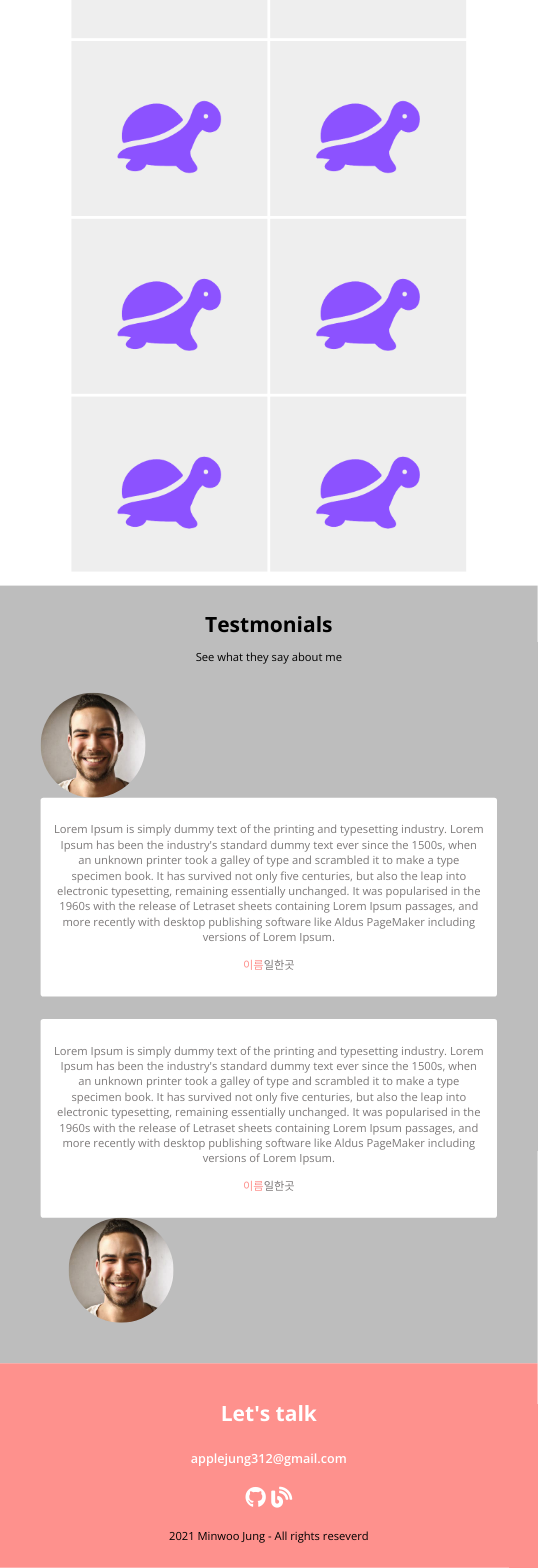
Repository: DevMinwoo-Jung/MinwooPortfolio
Page: index.html
These files come from the project's save history. The page is drawn as it stood at one moment and after the next save; the edit follows.
The browser window is 768 px wide. The pictures show the part of the page from y = 3801 to 6041 px (the page is 6041 px tall), at 70% of full size.

Above is the page before, as saved 2021-06-07 08:17:18.

After the next save:
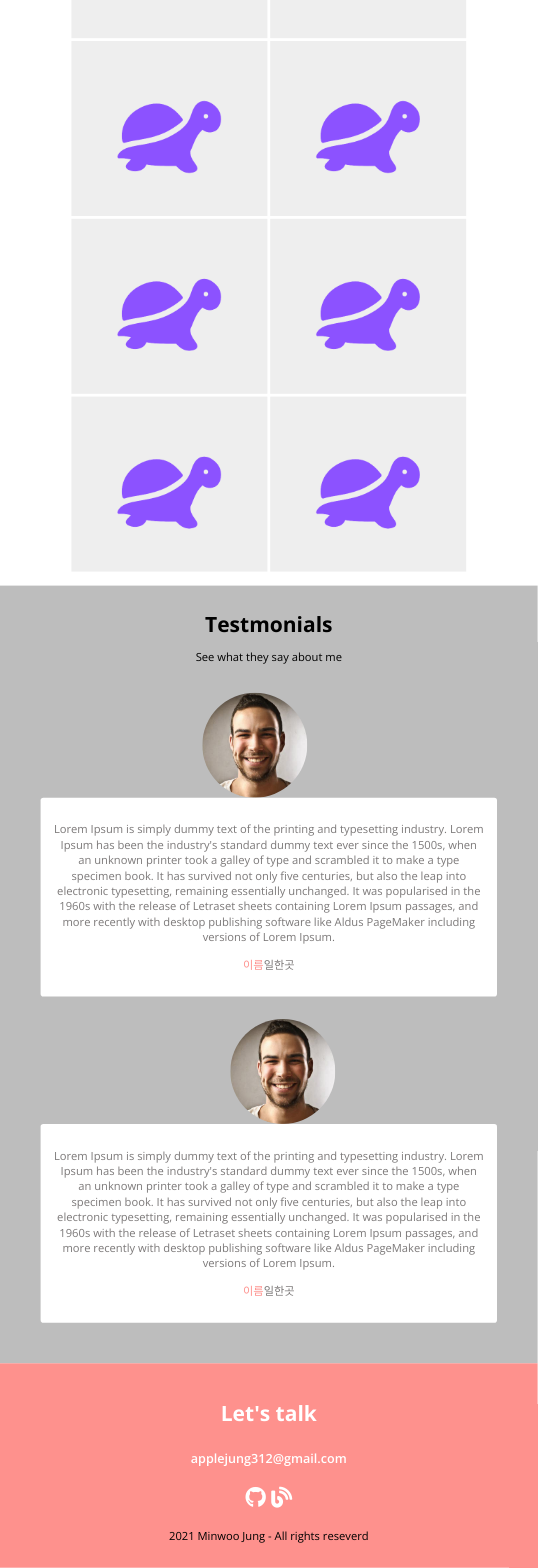
Saved 2 min 46 s later.
--- a/style.css
+++ b/style.css
@@ -587,9 +587,18 @@ button {
 
   .testimonial {
     flex-direction: column;
+    align-items: center;
   }
 
   .section {
     padding: 18px;
   }
-}
+
+  .testimonail__avabar:nth-child(odd),
+  .testimonail__avabar:nth-child(even) {
+    margin: 8px;
+  }
+  .testimonail__speech-bubble {
+    order: 1;
+  }
+}
